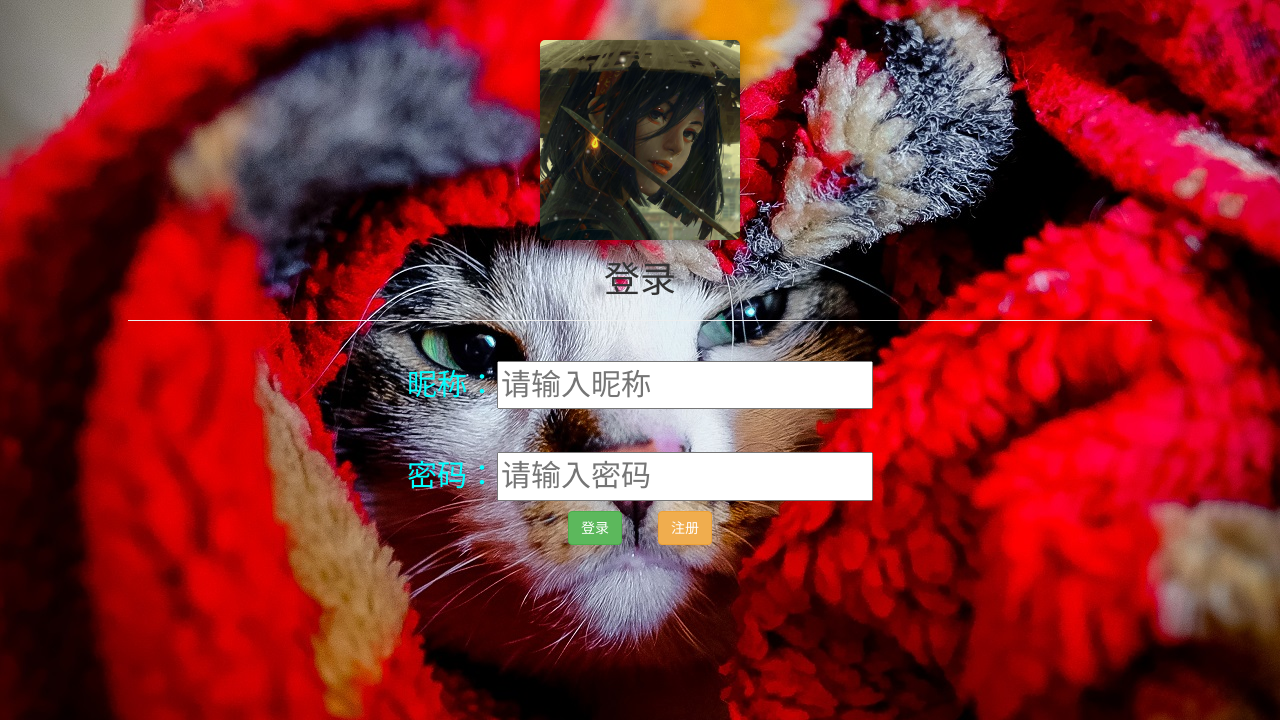
Repository: JuniorProjectTraining/free
Page: http://localhost/emss/login.jsp
The author's editor kept a copy of each file at every save. The page is drawn from the files as they stood at one save, then again after the next save.
The browser window is 1280 px wide. The pictures show the whole page.
Some web libraries are served in a nearby version. The page is served by Tomcat 9. Other server files are loaded and not shown.

Above is the page before, as saved 2019-12-25 14:10:45.

### emss/src/main/webapp/login.jsp
<%@ page language="java" contentType="text/html; charset=UTF-8"
	pageEncoding="UTF-8"%>
<!DOCTYPE html>
<html>
<head>
<meta charset="UTF-8">
<title>Insert title here</title>

<meta http-equiv="X-UA-Compatible" content="IE=edge">
<meta name="viewport" content="width=device-width, initial-scale=1">
<!-- 上述3个meta标签*必须*放在最前面，任何其他内容都*必须*跟随其后！ -->
<script src="https://cdn.staticfile.org/jquery/1.10.2/jquery.min.js"></script>

<!-- Bootstrap -->

<link
	href="https://cdn.jsdelivr.net/npm/bootstrap@3.3.7/dist/css/bootstrap.min.css"
	rel="stylesheet">

<style type="text/css">
body {
	margin: 0;
	height: 100vh;
}

.nn, .nn input {
	font-family: "楷体";
	font-size: 30px;
	color: cyan;
}

#n {
	box-shadow: 0 4px 8px 0 rgba(0, 0, 0, 0.2), 0 6px 20px 0
		rgba(0, 0, 0, 0.19);
	width: 200px;
	height: 200px;
	border-radius: 32px;
	border-radius: 5px;
	cursor: pointer;
	transition: 0.3s;
}

#beijing {
	background-image: url(./image/parallex.jpg);
	background-size: 100%;
	background-repeat: no-repeat;
	height: 100%;
	text-align: center;
}
</style>
</head>
<body>
	<div id="beijing">
	<br>
	<br>
		<img id="n" src="./image/tu1.png">
		<h1>登录</h1>
		<hr width="80%">

		<form style="text-align: center;"
			action="${pageContext.request.contextPath }/EmpServlet?cmd=login"
			method="post">
			<br>
			<p class="nn">
				昵称：<input id="username" name="nickname" placeholder="请输入昵称" />
				<br>
				<br>
				密码：<input type="password" id="password" name="password"
					placeholder="请输入密码"/ >
					<br>

				<div class="col-sm-12">
					<button type="submit" class="btn btn-success">登录</button>
					&emsp;&emsp;
					<a target="_blank" href="./register.jsp">
						<button type="button" class="btn btn-warning">注册</button>
					</a>
				</div>
			</p>
		</form>
	</div>

	<script
		src="https://cdn.jsdelivr.net/npm/jquery@1.12.4/dist/jquery.min.js"></script>
	<!-- 加载 Bootstrap 的所有 JavaScript 插件。你也可以根据需要只加载单个插件。 -->
	<script
		src="https://cdn.jsdelivr.net/npm/bootstrap@3.3.7/dist/js/bootstrap.min.js"></script>

</body>
</html>

After the next save:
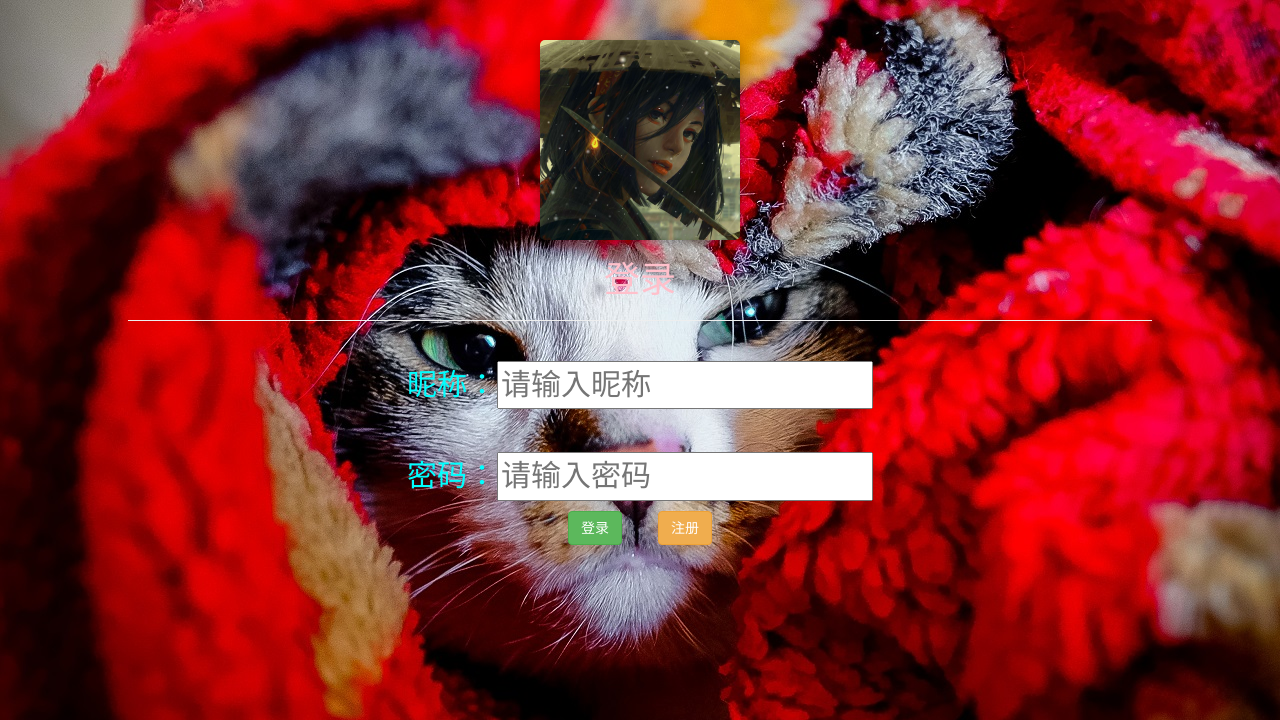
Saved 52 s later.
--- a/emss/src/main/webapp/login.jsp
+++ b/emss/src/main/webapp/login.jsp
@@ -47,6 +47,9 @@ body {
 	height: 100%;
 	text-align: center;
 }
+.login-title {
+	color: pink;
+}
 </style>
 </head>
 <body>
@@ -54,7 +57,7 @@ body {
 	<br>
 	<br>
 		<img id="n" src="./image/tu1.png">
-		<h1>登录</h1>
+		<h1 class="login-title">登录</h1>
 		<hr width="80%">
 
 		<form style="text-align: center;"
